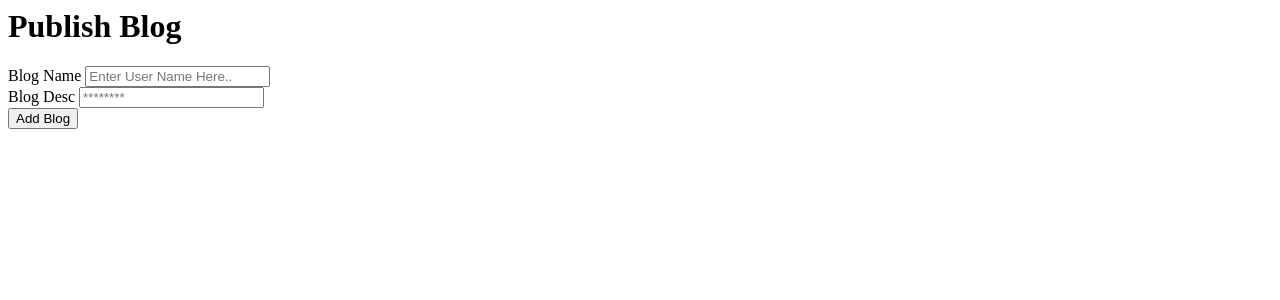
Repository: SmithaMendonca/Project-2
Page: EduCollaborationFrontend/WebContent/c_blog/Blog.html
These files come from the project's save history. The page is drawn as it stood at one moment and after the next save; the edit follows.
The browser window is 1280 px wide. The pictures show the whole page.

Above is the page before, as saved 2019-07-16 05:21:03.

### EduCollaborationFrontend/WebContent/c_blog/Blog.html
<div ng-controller="BlogController">

<div class="container">
    <h1 class="well">Publish Blog</h1>
	<div class="col-lg-12 well">
	<div class="row">

	  <div class="col-sm-12">
	     <div class="row">
	        <div class="col-sm-6 form-group">
				<label>Blog Name</label>
					<input type="text" name="userName" ng-model="blog.blogName" placeholder="Enter User Name Here.." class="form-control">
				</div>
			  </div>

			   <div class="row">
					  <div class="col-sm-6 form-group">
						<label>Blog Desc</label>
						<input type="password"  class="form-control" name="password" ng-model="blog.blogContent" placeholder="********" id="pass">
					  </div>
					 </div>

				<button type="submit" class="btn btn-lg btn-info" ng-click="addBlog()" value="Publish Blog">Add Blog</button>
			</div>

	  </div>
	</div>
</div>
</div>

After the next save:
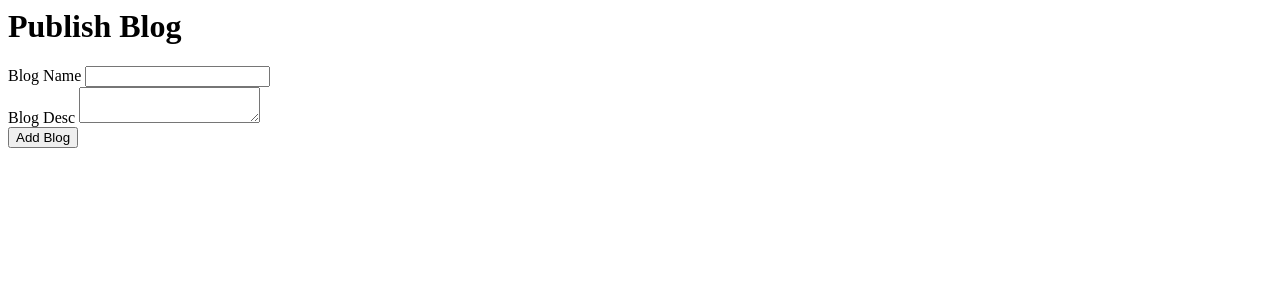
Saved 90 s later.
--- a/EduCollaborationFrontend/WebContent/c_blog/Blog.html
+++ b/EduCollaborationFrontend/WebContent/c_blog/Blog.html
@@ -9,14 +9,14 @@
 	     <div class="row">
 	        <div class="col-sm-6 form-group">
 				<label>Blog Name</label>
-					<input type="text" name="userName" ng-model="blog.blogName" placeholder="Enter User Name Here.." class="form-control">
+					<input type="text" name="userName" ng-model="blog.blogName"  class="form-control">
 				</div>
 			  </div>
 
 			   <div class="row">
 					  <div class="col-sm-6 form-group">
 						<label>Blog Desc</label>
-						<input type="password"  class="form-control" name="password" ng-model="blog.blogContent" placeholder="********" id="pass">
+						<textarea rows="" cols=""  class="form-control" name="password" ng-model="blog.blogContent" id="pass"></textarea>
 					  </div>
 					 </div>
 
